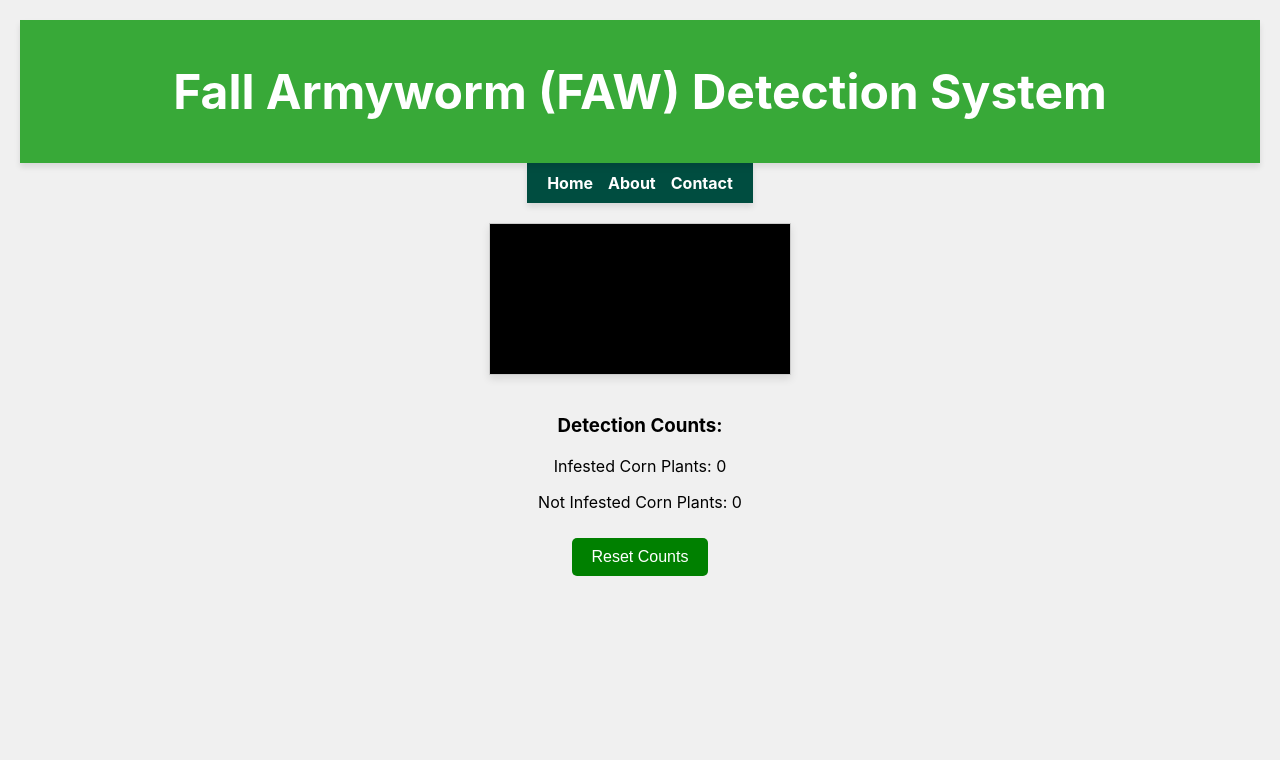
Repository: jansen223/faw-detection-main
Page: /
The author's editor kept a copy of each file at every save. The page is drawn from the files as they stood at one save, then again after the next save.
The browser window is 1280 px wide. The pictures show the whole page.
The page's requests for data from a server got no answer. The project was rebuilt for these pictures with package versions that can differ from the ones it lists, and the page was loaded fresh each time. No one was signed in, and anything a server would have sent is missing.

Above is the page before, as saved 2025-04-09 23:58:18.

After the next save:
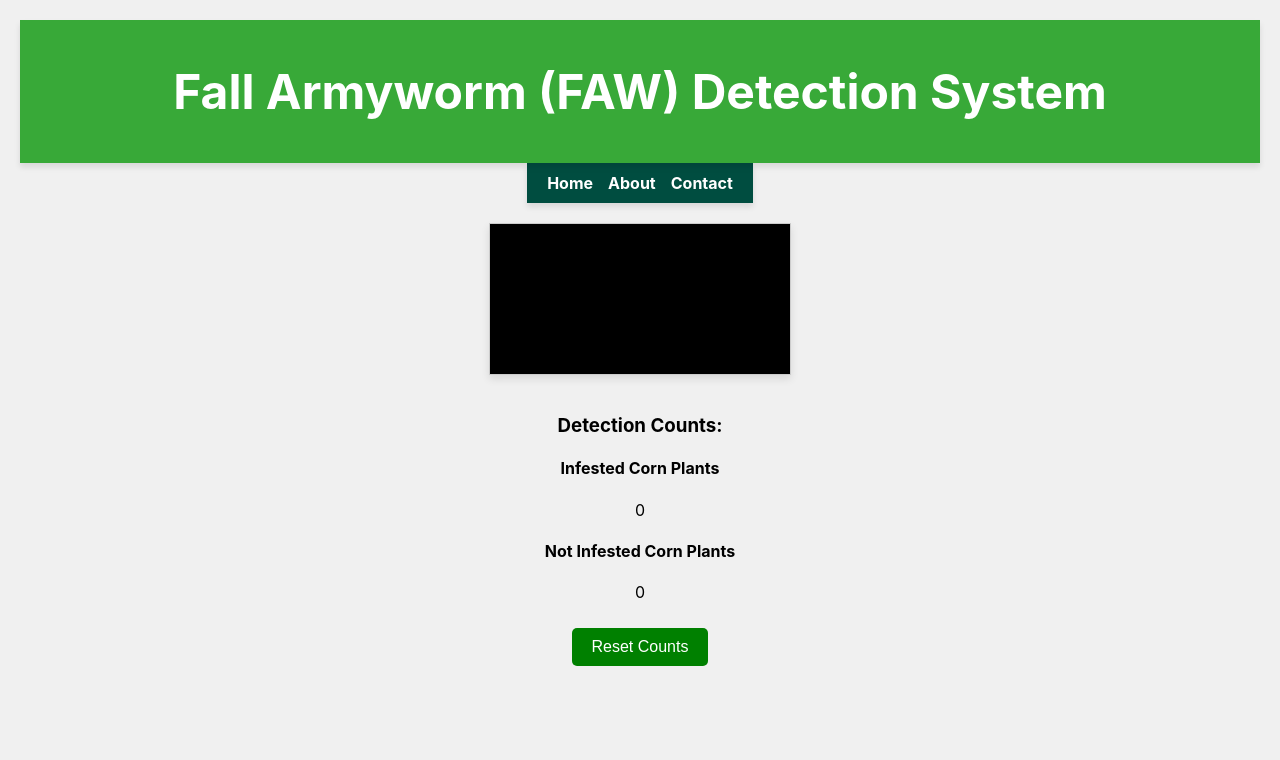
Saved 75 s later.
--- a/src/App.js
+++ b/src/App.js
@@ -69,8 +69,16 @@ function App() {
       <canvas ref={canvasRef} style={{ maxWidth: '100%', border: '1px solid #ccc' }} />
       <div style={{ marginTop: 20 }}>
         <h3>Detection Counts:</h3>
-        <p>Infested Corn Plants: {counts.infested}</p>
-        <p>Not Infested Corn Plants: {counts.notInfested}</p>
+        <div className="detection-cards">
+          <div className="card infested">
+            <h4>Infested Corn Plants</h4>
+            <p>{counts.infested}</p>
+          </div>
+          <div className="card not-infested">
+            <h4>Not Infested Corn Plants</h4>
+            <p>{counts.notInfested}</p>
+          </div>
+        </div>
         <button onClick={resetCounts} className="reset-button">
           Reset Counts
         </button>
